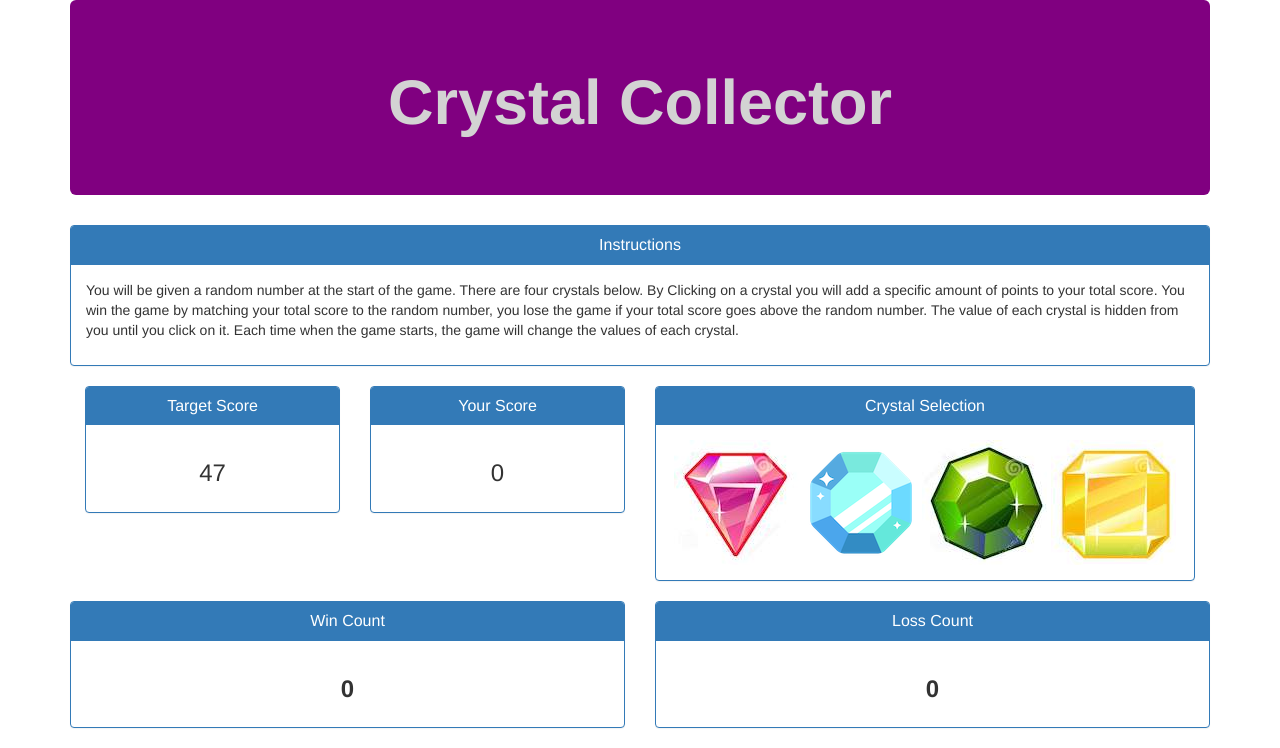
Repository: mikecherry1/week-4-game
Page: index.html
These files come from the project's save history. The page is drawn as it stood at one moment and after the next save; the edit follows.
The browser window is 1280 px wide. The pictures show the whole page.
Some web libraries are served in a nearby version.

Above is the page before, as saved 2017-11-21 19:51:56.

### index.html
<!doctype html>
<html lang="en">
  <head>

    <!-- Required meta tags -->
    <meta charset="utf-8">
    <meta name="viewport" content="width=device-width, initial-scale=1, shrink-to-fit=no">

    <!-- Bootstrap CSS -->
    <link rel="stylesheet" <link href="https://maxcdn.bootstrapcdn.com/bootstrap/3.3.7/css/bootstrap.min.css" rel="stylesheet" integrity="sha384-BVYiiSIFeK1dGmJRAkycuHAHRg32OmUcww7on3RYdg4Va+PmSTsz/K68vbdEjh4u"
        crossorigin="anonymous">
        <title>Crystal Collector</title>
  </head>
  <body>

    <div class="container">

        <div class="jumbotron" style= "background-color: purple; color: lightgrey;">
        <div class="container">
            <h1 class="text-center"><strong>Crystal Collector</strong></h1>
        </div>
    </div>

    <div class="row">
        <div class="col-lg-12">
            <div class="panel panel-primary">
                <div class="panel-heading">
                    <h3 class="panel-title text-center">Instructions</h3>
                </div>
                <div class="panel-body">
                    <p>You will be given a random number at the start of the game. There are four crystals below. By Clicking on a crystal you will add a specific amount of points to your total score. You win the game by matching your total score to the random number, you lose the game if your total score goes above the random number. The value of each crystal is hidden from you until you click on it. Each time when the game starts, the game will change the values of each crystal.</p>
            </div>
        </div>
    </div>

    </div>

    <div class="col-lg-3">

        <div class="panel panel-primary">
            <div class="panel-heading">
                <h3 class="panel-title text-center">Target Score</h3>
            </div>
            <div class="panel-body">
                <h3 class="text-center" id= "targetScore"></h3>
            </div>
        </div>
    </div>

        <div class="col-lg-3">

            <div class="panel panel-primary">
                <div class="panel-heading">
                    <h3 class="panel-title text-center">Your Score</h3>
                </div>
                <div class="panel-body">
                    <h3 class="text-center"  id= "yourScore"></h3>
                </div>
            </div>
        </div>

        <div class="col-lg-6">
            <div class="panel panel-primary">
                <div class="panel-heading">
                    <h3 class="panel-title text-center">Crystal Selection</h3>
                </div>
                <div class="panel-body text-center">
                    <img src="assets/images/pink_gem.jpg" alt="" id="pink">
                    <img src="assets/images/blue-crystal.png" alt="" id="blue">
                    <img src="assets/images/green_gem.jpg" alt="" id="green">
                    <img src="assets/images/yellow_gem.jpg" alt="" id="yellow">
                </div>
            </div>
        </div>

    <div class="row">

        <div class="col-lg-6">
            <div class="panel panel-primary">
                <div class="panel-heading">
                    <h3 class="panel-title text-center">Win Count</h3>
                </div>
                <div class="panel-body">
                    <h3 class="text-center">
                        <strong>0</strong>
                    </h3>
                </div>
            </div>
        </div>

        <div class="col-lg-6">
            <div class="panel panel-primary">
                <div class="panel-heading">
                    <h3 class="panel-title text-center">Loss Count</h3>
                </div>
                <div class="panel-body">
                    <h3 class="text-center">
                        <strong>0</strong>
                    </h3>
                </div>
            </div>
        </div>
    </div>


    <script src="https://code.jquery.com/jquery-3.2.1.slim.min.js" integrity="sha384-KJ3o2DKtIkvYIK3UENzmM7KCkRr/rE9/Qpg6aAZGJwFDMVNA/GpGFF93hXpG5KkN"
        crossorigin="anonymous"></script>
    <script src="https://cdnjs.cloudflare.com/ajax/libs/popper.js/1.12.3/umd/popper.min.js" integrity="sha384-vFJXuSJphROIrBnz7yo7oB41mKfc8JzQZiCq4NCceLEaO4IHwicKwpJf9c9IpFgh"
        crossorigin="anonymous"></script>
    <script src="assets/javascript/game.js"></script>
    <script src="https://maxcdn.bootstrapcdn.com/bootstrap/3.3.7/js/bootstrap.min.js" integrity="sha384-Tc5IQib027qvyjSMfHjOMaLkfuWVxZxUPnCJA7l2mCWNIpG9mGCD8wGNIcPD7Txa"
        crossorigin="anonymous"></script>

</body>
</html>

### assets/javascript/game.js
var crystal = {
    pink:
    {
        name: "Pink",
        value: 0
    },
    blue:
    {
        name: "Blue",
        value: 0
    },
    green:
    {
        name: "Green",
        value: 0
    },
    yellow:
    {
        name: "Yellow",
        value: 0
    }
};

var currentScore    = 0;
var targetScore     = 0;

var winCount        = 0;
var lossCount       = 0;


var getRandom = function(min,max) {
    return Math.floor(Math.random() * (max - min + 1)) + min;
}

var startGame = function() {

    var currentScore = 0;

    targetScore =           getRandom(19,120);

    crystal.pink.value =    getRandom(1, 12);
    crystal.blue.value =    getRandom(1, 12);
    crystal.green.value =   getRandom(1, 12);
    crystal.yellow.value =  getRandom(1, 12);

    $("#yourScore").html(currentScore);
    $("#targetScore").html(targetScore);
}

var addValues = function(crystal) {

    currentScore = currentScore + crystal.value;

    $("#yourScore").html(currentScore);

    checkWin();
}


startGame();

$("#pink").click(function() {
    addValues(crystal.pink);
});

$("#blue").click(function() {
    addValues(crystal.blue);
});

$("#green").click(function() {
    addValues(crystal.green);
});

$("#yellow").click(function() {
    addValues(crystal.yellow);
});

After the next save:
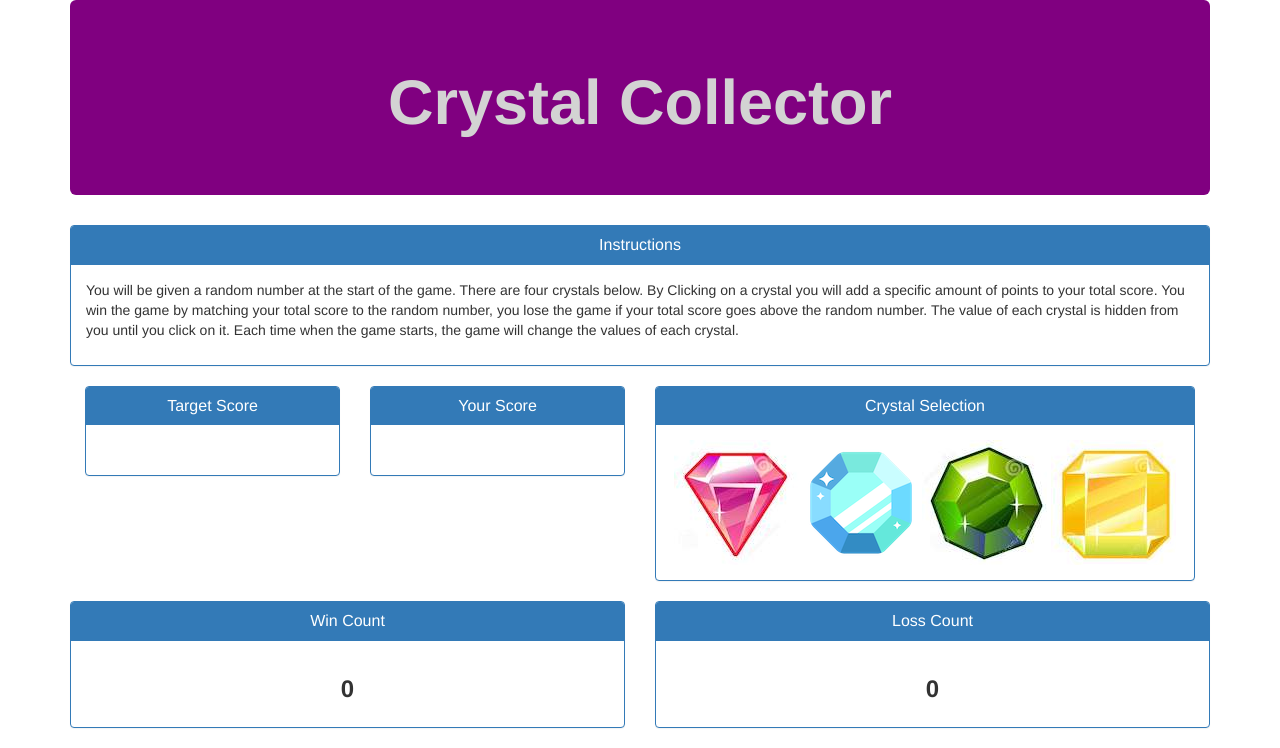
Console error: SyntaxError: Unexpected token '}'
Saved 2 min 53 s later.
--- a/assets/javascript/game.js
+++ b/assets/javascript/game.js
@@ -56,6 +56,10 @@
     checkWin();
 }
 
+var checkWin = function() {
+    if(currentScore > targetScore)
+}
+
 
 startGame();
 

After the save that followed:
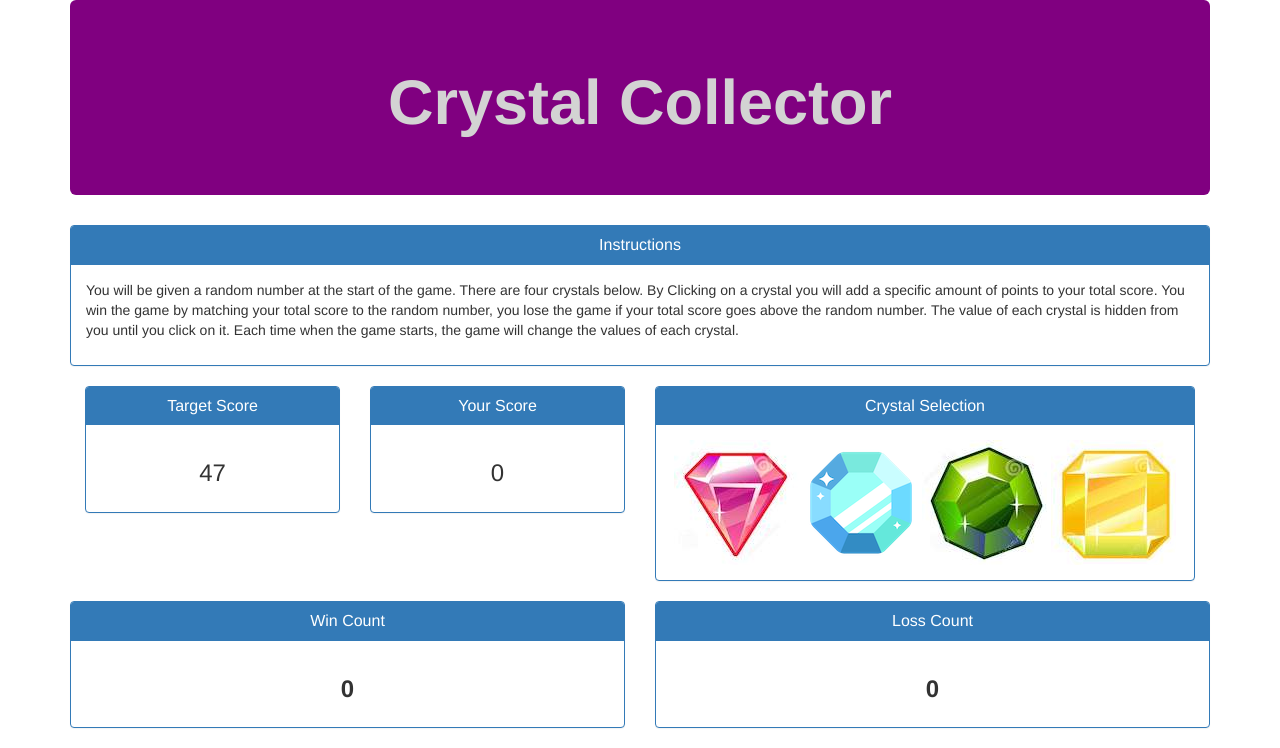
The error is gone.
Saved 53 s later.
--- a/assets/javascript/game.js
+++ b/assets/javascript/game.js
@@ -57,7 +57,9 @@
 }
 
 var checkWin = function() {
-    if(currentScore > targetScore)
+    if(currentScore > targetScore) {
+        alert("Too many guesses, You lost!");
+    }
 }
 
 
